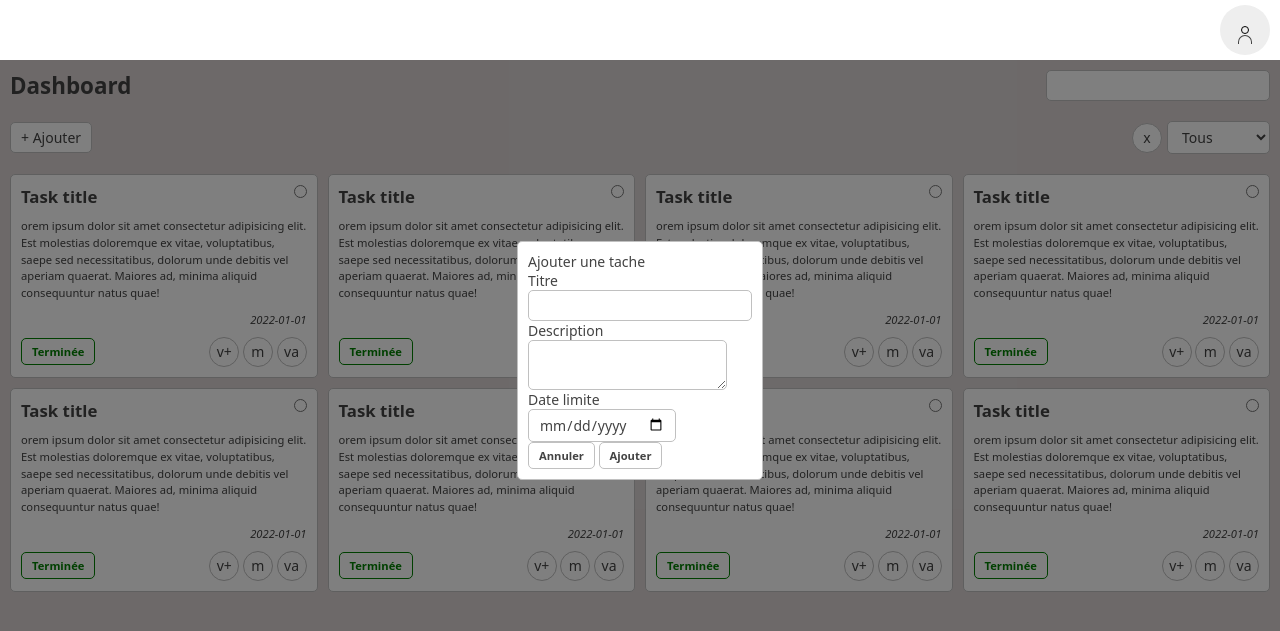
Repository: zpaulange/task_manager
Page: dashboard/index.html
An editor plug-in stored every save of this project. The page is shown before and after a run of saves, followed by the edit.
The browser window is 1280 px wide. The pictures show the whole page.

Above is the page before, as saved 2025-03-06 16:13:50.

### dashboard/index.html
<!DOCTYPE html>
<html lang="en">
<head>
    <meta charset="UTF-8">
    <meta name="viewport" content="width=device-width, initial-scale=1.0">
    <link rel="stylesheet" href="../assets/styles/dashboard/style.css">
    <title>Document</title>
</head>
<body>
  <section class="dashboard">
    <div class="dashboard_right">
      <nav class="dashbaord_nav">
        <a href="#" class="dashbaord_nav_avatar">
          <span></span>
        </a>
      </nav>
      <main class="main">
        <div class="main_header">
          <h1 class="main_header_title">Dashboard</h1>
          <input type="search" name="search" class=" main_header_search">
        </div>
        <div class="main_header_actions">
          <div class="main_header_actions_left">
            <button class="main_header_actions_btn">+ Ajouter</button>
          </div>
          <div class="main_header_actions_right">
            <button class="main_header_actions_right_btnDel rounded-btn del">x</button>
            <select name="filter" class="main_header_actions_right_filter" id="">
              <option value="0">Tous</option>
              <option value="1">En cours</option>
              <option value="2">Annulés</option>
              <option value="3">Terminés</option>
            </select>
          </div>
        </div>
        <section class="main-task">
          <div class="main-task__content">
            <div class="main-task__content-item">
              <div class="main-task__content-item__title">
                Task title
              </div>
              <p class="main-task__content-item__desc">
                orem ipsum dolor sit amet consectetur adipisicing elit. Est molestias doloremque ex vitae, voluptatibus, saepe sed necessitatibus, dolorum unde debitis vel aperiam quaerat. Maiores ad, minima aliquid consequuntur natus quae!
              </p>
              <div class="main-task__content-item__date">
                2022-01-01
              </div>
              <div class="main-task__content-item__actions">
                <span class="main-task__content-item__actions_status completed">
                  Terminée
                </span>
                <div>
                  <button class="rounded-btn see-more">v+</button>
                  <button class="rounded-btn modify">m</button>
                  <button class="rounded-btn validate">va</button>
                </div>
              </div>
              <input type="radio" name="checkTask" class="checkTask" id="checkTask">
            </div>
            <div class="main-task__content-item">
              <div class="main-task__content-item__title">
                Task title
              </div>
              <p class="main-task__content-item__desc">
                orem ipsum dolor sit amet consectetur adipisicing elit. Est molestias doloremque ex vitae, voluptatibus, saepe sed necessitatibus, dolorum unde debitis vel aperiam quaerat. Maiores ad, minima aliquid consequuntur natus quae!
              </p>
              <div class="main-task__content-item__date">
                2022-01-01
              </div>
              <div class="main-task__content-item__actions">
                <span class="main-task__content-item__actions_status completed">
                  Terminée
                </span>
                <div>
                  <button class="rounded-btn see-more">v+</button>
                  <button class="rounded-btn modify">m</button>
                  <button class="rounded-btn validate">va</button>
                </div>
              </div>
              <input type="radio" name="checkTask" class="checkTask" id="checkTask">
            </div>
            <div class="main-task__content-item">
              <div class="main-task__content-item__title">
                Task title
              </div>
              <p class="main-task__content-item__desc">
                orem ipsum dolor sit amet consectetur adipisicing elit. Est molestias doloremque ex vitae, voluptatibus, saepe sed necessitatibus, dolorum unde debitis vel aperiam quaerat. Maiores ad, minima aliquid consequuntur natus quae!
              </p>
              <div class="main-task__content-item__date">
                2022-01-01
              </div>
              <div class="main-task__content-item__actions">
                <span class="main-task__content-item__actions_status completed">
                  Terminée
                </span>
                <div>
                  <button class="rounded-btn see-more">v+</button>
                  <button class="rounded-btn modify">m</button>
                  <button class="rounded-btn validate">va</button>
                </div>
              </div>
              <input type="radio" name="checkTask" class="checkTask" id="checkTask">
            </div>
            <div class="main-task__content-item">
              <div class="main-task__content-item__title">
                Task title
              </div>
              <p class="main-task__content-item__desc">
                orem ipsum dolor sit amet consectetur adipisicing elit. Est molestias doloremque ex vitae, voluptatibus, saepe sed necessitatibus, dolorum unde debitis vel aperiam quaerat. Maiores ad, minima aliquid consequuntur natus quae!
              </p>
              <div class="main-task__content-item__date">
                2022-01-01
              </div>
              <div class="main-task__content-item__actions">
                <span class="main-task__content-item__actions_status completed">
                  Terminée
                </span>
                <div>
                  <button class="rounded-btn see-more">v+</button>
                  <button class="rounded-btn modify">m</button>
                  <button class="rounded-btn validate">va</button>
                </div>
              </div>
              <input type="radio" name="checkTask" class="checkTask" id="checkTask">
            </div>
            <div class="main-task__content-item">
              <div class="main-task__content-item__title">
                Task title
              </div>
              <p class="main-task__content-item__desc">
                orem ipsum dolor sit amet consectetur adipisicing elit. Est molestias doloremque ex vitae, voluptatibus, saepe sed necessitatibus, dolorum unde debitis vel aperiam quaerat. Maiores ad, minima aliquid consequuntur natus quae!
              </p>
              <div class="main-task__content-item__date">
                2022-01-01
              </div>
              <div class="main-task__content-item__actions">
                <span class="main-task__content-item__actions_status completed">
                  Terminée
                </span>
                <div>
                  <button class="rounded-btn see-more">v+</button>
                  <button class="rounded-btn modify">m</button>
                  <button class="rounded-btn validate">va</button>
                </div>
              </div>
              <input type="radio" name="checkTask" class="checkTask" id="checkTask">
            </div>
            <div class="main-task__content-item">
              <div class="main-task__content-item__title">
                Task title
              </div>
              <p class="main-task__content-item__desc">
                orem ipsum dolor sit amet consectetur adipisicing elit. Est molestias doloremque ex vitae, voluptatibus, saepe sed necessitatibus, dolorum unde debitis vel aperiam quaerat. Maiores ad, minima aliquid consequuntur natus quae!
              </p>
              <div class="main-task__content-item__date">
                2022-01-01
              </div>
              <div class="main-task__content-item__actions">
                <span class="main-task__content-item__actions_status completed">
                  Terminée
                </span>
                <div>
                  <button class="rounded-btn see-more">v+</button>
                  <button class="rounded-btn modify">m</button>
                  <button class="rounded-btn validate">va</button>
                </div>
              </div>
              <input type="radio" name="checkTask" class="checkTask" id="checkTask">
            </div>
            <div class="main-task__content-item">
              <div class="main-task__content-item__title">
                Task title
              </div>
              <p class="main-task__content-item__desc">
                orem ipsum dolor sit amet consectetur adipisicing elit. Est molestias doloremque ex vitae, voluptatibus, saepe sed necessitatibus, dolorum unde debitis vel aperiam quaerat. Maiores ad, minima aliquid consequuntur natus quae!
              </p>
              <div class="main-task__content-item__date">
                2022-01-01
              </div>
              <div class="main-task__content-item__actions">
                <span class="main-task__content-item__actions_status completed">
                  Terminée
                </span>
                <div>
                  <button class="rounded-btn see-more">v+</button>
                  <button class="rounded-btn modify">m</button>
                  <button class="rounded-btn validate">va</button>
                </div>
              </div>
              <input type="radio" name="checkTask" class="checkTask" id="checkTask">
            </div>
            <div class="main-task__content-item">
              <div class="main-task__content-item__title">
                Task title
              </div>
              <p class="main-task__content-item__desc">
                orem ipsum dolor sit amet consectetur adipisicing elit. Est molestias doloremque ex vitae, voluptatibus, saepe sed necessitatibus, dolorum unde debitis vel aperiam quaerat. Maiores ad, minima aliquid consequuntur natus quae!
              </p>
              <div class="main-task__content-item__date">
                2022-01-01
              </div>
              <div class="main-task__content-item__actions">
                <span class="main-task__content-item__actions_status completed">
                  Terminée
                </span>
                <div>
                  <button class="rounded-btn see-more">v+</button>
                  <button class="rounded-btn modify">m</button>
                  <button class="rounded-btn validate">va</button>
                </div>
              </div>
              <input type="radio" name="checkTask" class="checkTask" id="checkTask">
            </div>
            <!-- <section class="box box-center">
              <h1>Aucune tache disponible...</h1>
            </section> -->
          </div>

        </section>
        <div class="modal">
          <div class="modal-container">
            <span class="modal_title">Ajouter une tache</span>
            <form action="#" class="form">
              <div class="form_item">
                <label for="taskTitle" class="">Titre</label>
                <input type="text">
              </div>
              <div class="form_item">
                <label for="taskDescription" class="">Description</label>
                <textarea></textarea>
              </div>
              <div class="form_item">
                <label for="taskDate" class="">Date limite</label>
                <input type="date">
              </div>
              <div class="form_item-btn">
                <button>Annuler</button>
                <button type="submit">Ajouter</button>
              </div>
            </form>
          </div>
        </div>
      </main>

    </div>
  </section>

</body>
</html>

### assets/styles/dashboard/style.css
*{
  margin:0;
  padding:0;
  box-sizing: border-box;
  position:relative;
  font-family: system-ui, sans-serif;
  font-size: 14px;
  color:#434343;
}
body{
  overflow-x: hidden;
}
a{
  text-decoration: none;
}
a:active, a:hover{
  color:#434343;
}
img{
  width: 100%;
  height: auto;
}
ul li{
  list-style: none;
}
input[type="search"],
input[type="text"],
input[type="date"], textarea{
  padding:5px 10px;
  border-radius:5px;
  border:1px solid silver;
  display: block;
}
input:focus, select:focus{
  outline: none;
}

.dashboard{
  min-height: 100vh;
  background-color: #dbd4d4;
}

.dashboard_right{
  min-height: 100vh;
}
.dashbaord_nav{
  background-color: #fff;
  padding:5px 10px;
  display: flex;
  align-items:center;
  justify-content: flex-end;
  z-index: 1000;
  position: sticky;
  top:0;
  left:0;
}
.dashbaord_nav_avatar{
  display: flex;
  align-items: center;
  justify-content: center;
  height:50px;
  width: 50px;
  border-radius:50%;
  background-color: #eee;

}
.dashbaord_nav_avatar span{
  display: inline-block;
  height: 8px;
  width: 8px;
  border-radius:50%;
  border:1px solid #000
}
.dashbaord_nav_avatar span:before{
  content:'';
  position: absolute;
  height: 8px;
  width: 12px;
  border:1px solid;
  left:50%;
  transform: translateX(-50%);
  top:8px;
  border-bottom: none;
  border-top-left-radius: 10px;
  border-top-right-radius: 10px;
}

.main{
  padding:10px;
}
.main_header_title{
  font-size: 1.6rem;
}
.box{
  min-height: calc(100vh - 180px);
  background-color: #fff;
  border-radius:5px;
  padding:10px;
  margin-top:20px
}
.box.box-center{
  display: flex;
  align-items:center;
  justify-content: center;
}

.main_header{
  display: flex;
  justify-content: space-between;
  align-items:center;
  margin-bottom:20px;
}
.main_header_actions{
  display: flex;
  justify-content: space-between;
  align-items:center;
}
.main_header_actions_btn{
  padding:5px 10px;
  border-radius:5px;
  border:1px solid silver;
  background-color: #fff;
  cursor: pointer;
  transition: .2s;
}
.main_header_actions_btn:hover{
  background-color:blue;
  color:#fff;
}
.main_header_actions_right{
  display: flex;
  align-items:center;
  gap:5px;
}
.rounded-btn{
  border-radius:50%;
  border:1px solid silver;
  background-color: #fff;
  cursor: pointer;
  transition: .2s;
  cursor:pointer;
  width: 30px;
  height: 30px;
}
.rounded-btn.del:hover{
  background-color:red;
  color:#fff;
}
.rounded-btn.see-more:hover{
  background-color:blue;
  color:#fff;
}
.rounded-btn.modify:hover{
  background-color:rgb(172, 172, 14);
  color:#fff;
}
.rounded-btn.validate:hover{
  background-color:green;
  color:#fff;
}
.main_header_actions_right_filter{
  padding:5px 10px;
  border-radius:5px;
  border:1px solid silver;
  background-color: #fff;
}

.main-task__content{
  margin-top:20px;
  display: grid;
  grid-template-columns: repeat(auto-fill, minmax(300px, 1fr));
  gap:10px
}
.main-task__content-item{
  background-color:#fff;
  padding:10px;
  border-radius:5px;
  border:1px solid silver
}
.main-task__content-item__title{
  font-size: 1.2rem;
  font-weight: 600;
  padding-right:30px;
}
.main-task__content-item__desc{
  font-size: .8rem;
  line-height: 1.2rem;
  margin-top:10px;
  margin-bottom:10px;
}
.main-task__content-item__date{
  font-size: .8rem;
  text-align: right;
  font-style: italic;
}

.main-task__content-item__actions{
  display: flex;
  justify-content: space-between;
  align-items:center;
  margin-top:10px;
}
.main-task__content-item__actions_status, .form_item-btn button{
  padding:5px 10px;
  border-radius:5px;
  background-color: #fff;
  border:1px solid silver;
  font-size: .8rem;
  font-weight: 600;
}
.main-task__content-item__actions_status.canceled{
  color:red;
  border-color:red;
}
.main-task__content-item__actions_status.pending{
  color:blue;
  border-color:blue;
}
.main-task__content-item__actions_status.completed{
  color:green;
  border-color:green;
}
.checkTask{
  position:absolute;
  top:10px;
  right:10px;
}
.modal{
  position: fixed;
  top:0;
  left:0;
  width: 100%;
  height: 100vh;
  background-color: rgba(0, 0, 0, .5);
  display: flex;
  justify-content: center;
  align-items: center;
  z-index: 900;
}
.modal-container{
  background-color: #fff;
  padding:10px;
  border-radius:5px;
  border:1px solid silver;
}

After the next 2 saves:
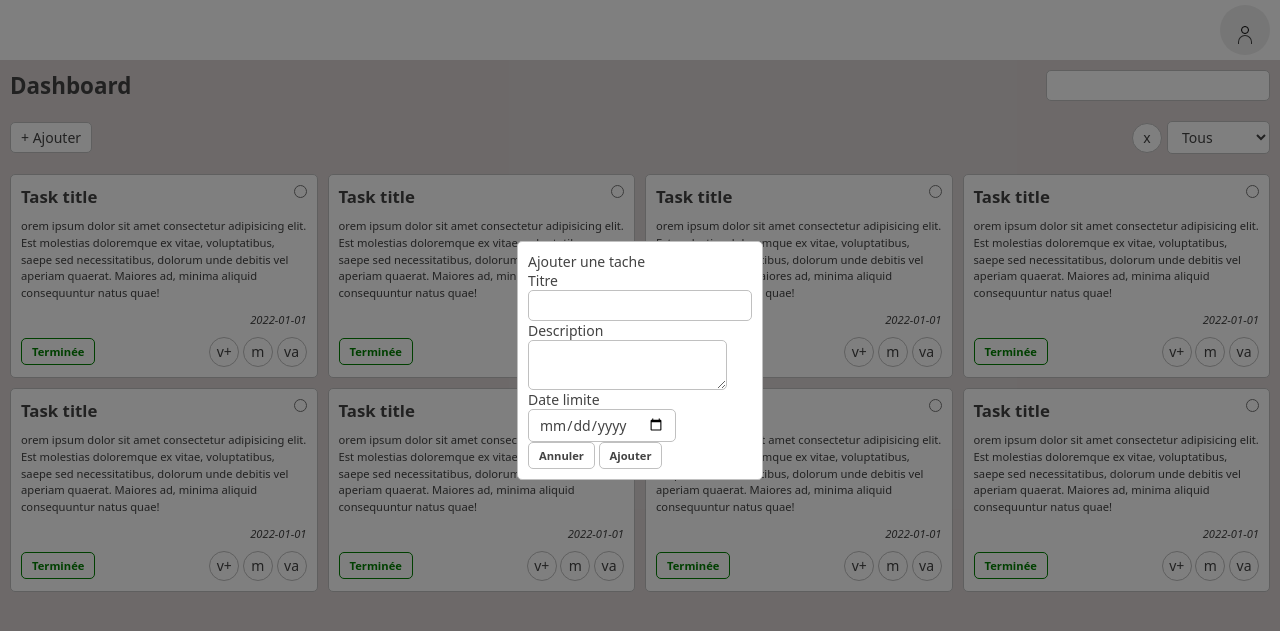
The 2 saves are shown as one change because they came seconds apart.
The last was saved 5 s later.
--- a/assets/styles/dashboard/style.css
+++ b/assets/styles/dashboard/style.css
@@ -235,7 +235,7 @@ input:focus, select:focus{
   display: flex;
   justify-content: center;
   align-items: center;
-  z-index: 900;
+  z-index: 9999;
 }
 .modal-container{
   background-color: #fff;
